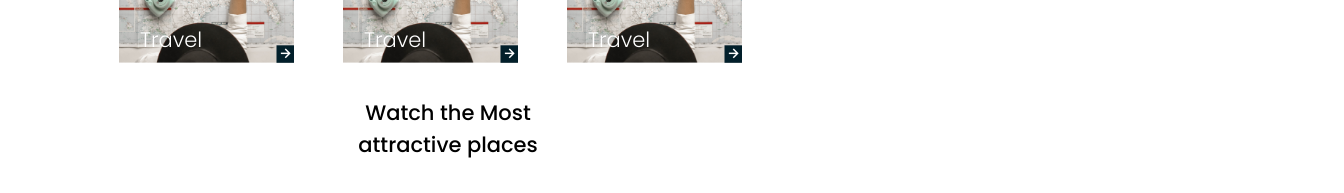
Repository: OmniaRafat232111121/Traveling
Page: index.html
These files come from the project's save history. The page is drawn as it stood at one moment and after a run of saves; the edit follows.
The browser window is 1280 px wide. The page is 1280 px wide, then 1920 px, so the pictures cover 1920 px, including what lies to the right of the window. The pictures show the part of the page from y = 974 to 2254 px (the page is 1249 px tall before and 4111 px after), at 70% of full size.

Above is the page before, as saved 2022-12-20 11:43:13.

After the next 3 saves:
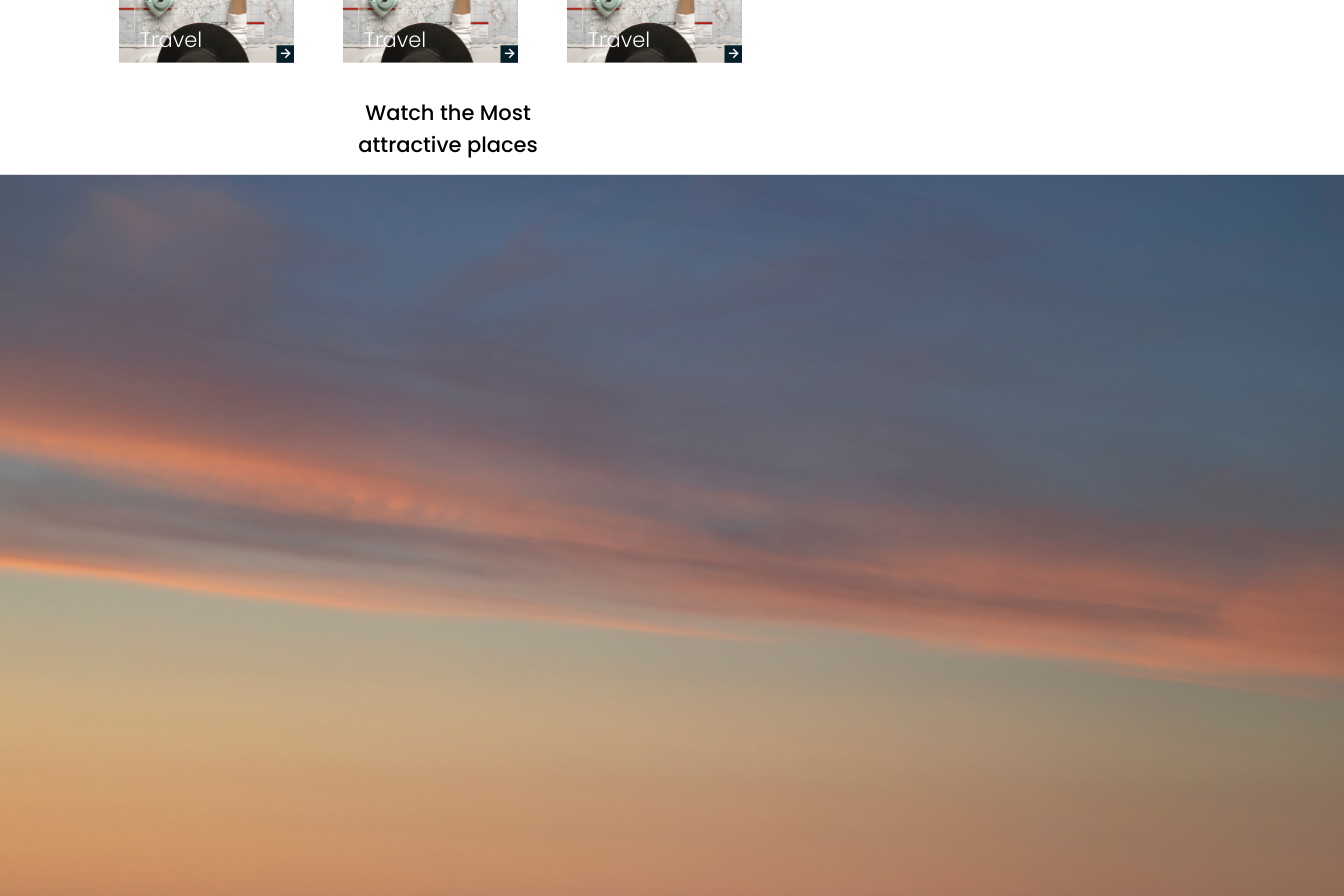
The 3 saves are shown as one change because they came seconds apart.
The last was saved 9 s later.
--- a/index.html
+++ b/index.html
@@ -114,7 +114,7 @@
    <section class="Videos" id="Videos">
     <div class="heading">
         <h1>Watch the Most <br>attractive places</h1>
-        <img/>
+        <img src="./imgs/rose.jpg"/>
 
     </div>
 
